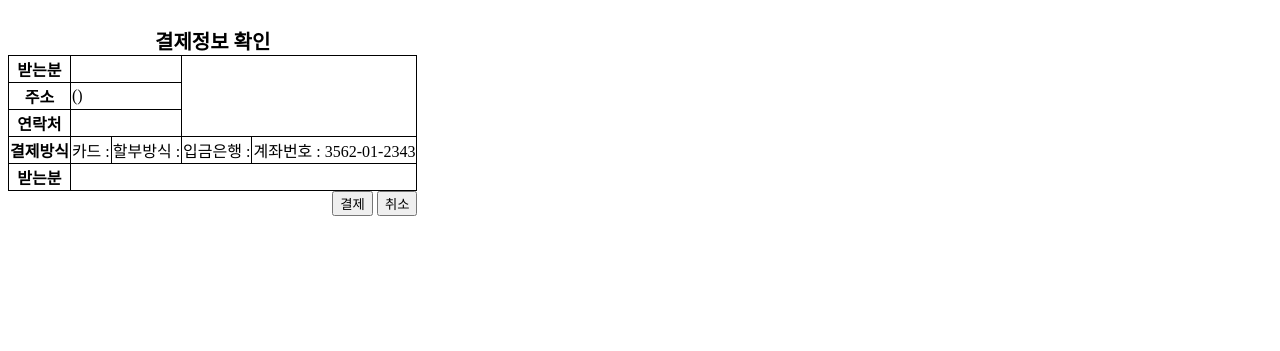
Repository: fellownew/project_workspace
Page: http://localhost/shoppingmall/WEB-INF/view/body/buyer/note.jsp
The author's editor kept a copy of each file at every save. The page is drawn from the files as they stood at one save, then again after the next save.
The browser window is 1280 px wide. The pictures show the whole page.
The page is served by Tomcat 9. Nobody is signed in. The template is opened directly, without the code that normally fills it, so the values that code supplies are empty.

Above is the page before, as saved 2015-06-13 07:19:48.

After the next save:
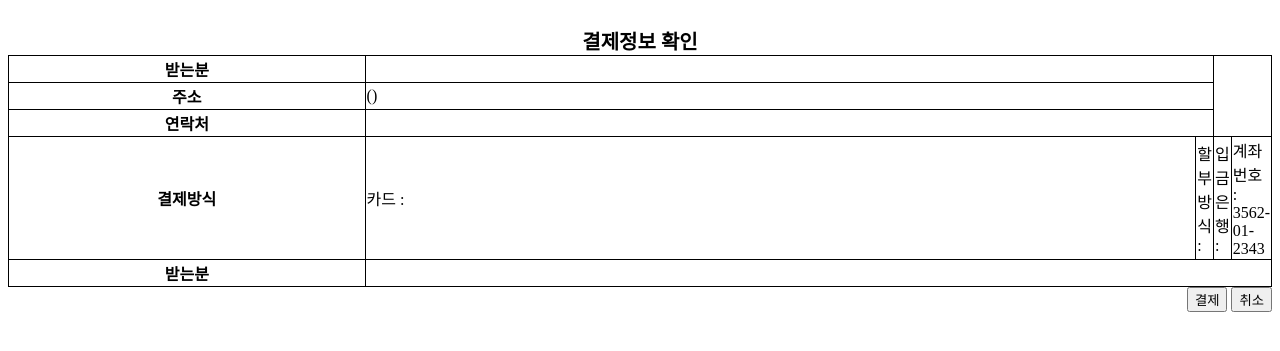
Saved 22 min 0 s later.
--- a/shoppingmall/WebContent/WEB-INF/view/body/buyer/note.jsp
+++ b/shoppingmall/WebContent/WEB-INF/view/body/buyer/note.jsp
@@ -37,11 +37,11 @@ table, td, th {
 </head>
 <body>
 	<table>
-<%-- 		<colgroup>
+ 		<colgroup>
 				<col width="30%">
 				<col width="70%">
 			</colgroup>
- --%>
+
 		<caption style="text-align:center; font-weight:bold; font-size:20px" >결제정보 확인</caption>
 		<thead>
 			<tr><br>
